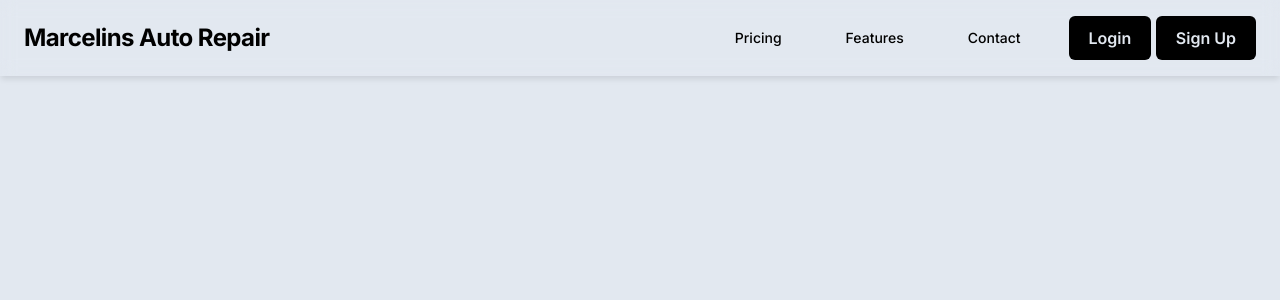
Repository: ilovegames507/twebsite-2
Page: frontend/public/index.html
These files come from the project's save history. The page is drawn as it stood at one moment and after the next save; the edit follows.
The browser window is 1280 px wide. The pictures show the whole page.

Above is the page before, as saved 2025-03-17 20:02:52.

### frontend/public/index.html
<!DOCTYPE html>
<html lang="en">
  <head>
    <head>
      <meta charset="UTF-8" />
      <meta name="viewport" content="width=device-width, initial-scale=1.0" />
      <link rel="preconnect" href="https://fonts.googleapis.com" />
      <link rel="preconnect" href="https://fonts.gstatic.com" crossorigin />
      <link
        href="https://fonts.googleapis.com/css2?family=Inter:ital,opsz,wght@0,14..32,100..900;1,14..32,100..900&family=Source+Code+Pro:ital,wght@0,200..900;1,200..900&display=swap"
        rel="stylesheet"
      />
      <link rel="stylesheet" href="styles/modern-normalize.css" />
      <link rel="stylesheet" href="styles/global.css" />
      <link rel="stylesheet" href="styles/components/header.css" />

      <link rel="stylesheet" href="styles/utils.css" />

      <link rel="icon" href="public/woofplayz-icon.png" type="image/x-icon" />
      <title>Marcelins Auto Repair</title>
    </head>
  </head>
  <body>
    <header class="header">
      <div class="header__container">
        <a href="#" class="header__title">Marcelins Auto Repair</a>

        <nav class="header__nav">
          <a class="header__link" href="#pricing">Pricing</a>
          <a class="header__link" href="#features">Features</a>
          <a class="header__link" href="#contact">Contact</a>
          <div class="header__btn-container">
            <button class="header__btn">Login</button>
            <button class="header__btn">Sign Up</button>
          </div>
        </nav>

        <button class="header__bars">
          <svg xmlns="http://www.w3.org/2000/svg" height="24px" viewBox="0 -960 960 960" width="24px"><path d="M120-240v-80h720v80H120Zm0-200v-80h720v80H120Zm0-200v-80h720v80H120Z"/></svg>
        </button>
      </div>
    </header>

    <script>
      document.querySelector('.header__bars').addEventListener('click', function() {
        document.querySelector('.header').classList.toggle('header--mobile-open');
      });
    </script>
  </body>
</html>

### frontend/public/styles/modern-normalize.css
/*! modern-normalize v3.0.1 | MIT License | https://github.com/sindresorhus/modern-normalize */

/*
Document
========
*/

/**
Use a better box model (opinionated).
*/

*,
::before,
::after {
  box-sizing: border-box;
}

html {
  /* Improve consistency of default fonts in all browsers. (https://github.com/sindresorhus/modern-normalize/issues/3) */
  font-family: system-ui, "Segoe UI", Roboto, Helvetica, Arial, sans-serif,
    "Apple Color Emoji", "Segoe UI Emoji";
  line-height: 1.15; /* 1. Correct the line height in all browsers. */
  -webkit-text-size-adjust: 100%; /* 2. Prevent adjustments of font size after orientation changes in iOS. */
  tab-size: 4; /* 3. Use a more readable tab size (opinionated). */
}

/*
Sections
========
*/

body {
  margin: 0; /* Remove the margin in all browsers. */
}

/*
Text-level semantics
====================
*/

/**
Add the correct font weight in Chrome and Safari.
*/

b,
strong {
  font-weight: bolder;
}

/**
1. Improve consistency of default fonts in all browsers. (https://github.com/sindresorhus/modern-normalize/issues/3)
2. Correct the odd 'em' font sizing in all browsers.
*/

code,
kbd,
samp,
pre {
  font-family: ui-monospace, SFMono-Regular, Consolas, "Liberation Mono", Menlo,
    monospace; /* 1 */
  font-size: 1em; /* 2 */
}

/**
Add the correct font size in all browsers.
*/

small {
  font-size: 80%;
}

/**
Prevent 'sub' and 'sup' elements from affecting the line height in all browsers.
*/

sub,
sup {
  font-size: 75%;
  line-height: 0;
  position: relative;
  vertical-align: baseline;
}

sub {
  bottom: -0.25em;
}

sup {
  top: -0.5em;
}

/*
Tabular data
============
*/

/**
Correct table border color inheritance in Chrome and Safari. (https://issues.chromium.org/issues/40615503, https://bugs.webkit.org/show_bug.cgi?id=195016)
*/

table {
  border-color: currentcolor;
}

/*
Forms
=====
*/

/**
1. Change the font styles in all browsers.
2. Remove the margin in Firefox and Safari.
*/

button,
input,
optgroup,
select,
textarea {
  font-family: inherit; /* 1 */
  font-size: 100%; /* 1 */
  line-height: 1.15; /* 1 */
  margin: 0; /* 2 */
}

/**
Correct the inability to style clickable types in iOS and Safari.
*/

button,
[type="button"],
[type="reset"],
[type="submit"] {
  appearance: button;
  -webkit-appearance: button;
}

/**
Remove the padding so developers are not caught out when they zero out 'fieldset' elements in all browsers.
*/

legend {
  padding: 0;
}

/**
Add the correct vertical alignment in Chrome and Firefox.
*/

progress {
  vertical-align: baseline;
}

/**
Correct the cursor style of increment and decrement buttons in Safari.
*/

::-webkit-inner-spin-button,
::-webkit-outer-spin-button {
  height: auto;
}

/**
1. Correct the odd appearance in Chrome and Safari.
2. Correct the outline style in Safari.
*/

[type="search"] {
  appearance: textfield;
  -webkit-appearance: textfield; /* 1 */
  outline-offset: -2px; /* 2 */
}

/**
Remove the inner padding in Chrome and Safari on macOS.
*/

::-webkit-search-decoration {
  -webkit-appearance: none;
}

/**
1. Correct the inability to style clickable types in iOS and Safari.
2. Change font properties to 'inherit' in Safari.
*/

::-webkit-file-upload-button {
  -webkit-appearance: button; /* 1 */
  font: inherit; /* 2 */
}

/*
Interactive
===========
*/

/*
Add the correct display in Chrome and Safari.
*/

summary {
  display: list-item;
}

### frontend/public/styles/global.css
:root {
  /* fonts */
  --font-primary: 'Inter', sans-serif;
  --font-secondary: 'Source Code Pro', monospace;

  /* colors */
  --clr-dark: #000000;
  --clr-gray: #6b7280;
  --clr-light: #ffffff;


  --clr-slate50: #f8fafc;
  --clr-slate100: #f1f5f9;
  --clr-light: #e2e8f0;
  --clr-slate300: #cbd5e1;
  --clr-text: #94a3b8;
  --clr-slate800: #1e293b;
  --clr-bg: #0a101f;

  --clr-muted: #4a5566;

  /* shadow */
  --shadow: 0 4px 6px -1px rgba(0, 0, 0, 0.1);

  /* transtion */
  --transition: all 0.3s cubic-bezier(0.4, 0, 0.2, 1);

  /* sizes */
  --size-xxs: 0.5rem;
  --size-xs: 0.75rem;
  --size-sm: 0.875rem;
  --size-base: 1rem;
  --size-lg: 1.125rem;
  --size-xl: 1.25rem;
  --size-2xl: 1.5rem;
  --size-3xl: 1.875rem;
  --size-4xl: 2.25rem;
  --size-5xl: 3rem;
  --size-6xl: 3.75rem;
  --size-7xl: 4.5rem;
  --size-8xl: 6rem;
  --size-9xl: 8rem;
  --size-10xl: 10rem;
}

* {
  margin: 0;
  padding: 0;
  line-height: calc(1em + 0.5rem);
}

body {
  font-family: var(--font-primary);
  background-color: var(--clr-light);
  color: var(--clr-dark);
}

img,
picture,
video,
canvas,
svg {
  display: block;
  max-width: 100%;
}

input,
button,
textarea,
select {
  font: inherit;
}

button {
  border: none;
  background: none;
  color: inherit;
  cursor: pointer;
}

h1,
h2,
h3,
h4,
h5,
h6 {
  letter-spacing: -0.025em;
}

p {
  color: var(--clr-text);
}

a {
  color: var(--clr-slate50);
}

strong {
  color: #ff0000;
  font-weight: 800;
}

button:focus-visible,
a:focus-visible {
  outline: solid var(--clr-light);
}

body::-webkit-scrollbar {
  width: 8px;
}

body::-webkit-scrollbar-track {
  box-shadow: inset 0 0 6 px rgba(0, 0, 0, 0);
}

body::-webkit-scrollbar-thumb {
  background-color: var(--clr-slate50);
  border-radius: 1000px;
}

body::-webkit-scrollbar-thumb:hover {
  background: #555;
}

### frontend/public/styles/components/header.css
.header {
  position: sticky;
  top: 0;
  background: rgba(var(--clr-dark), 0.95);
  backdrop-filter: blur(8px);
  z-index: 50;
  box-shadow: var(--shadow);
}

.header__container {
  display: flex;
  justify-content: space-between;
  align-items: center;
  padding: 1rem 1.5rem;
  max-width: 1440px;
  margin: 0 auto;
}

.header__title {
  color: var(--clr-dark);
  font-family: var(--font-primary);
  font-size: 1.5rem;
  font-weight: 700;
  letter-spacing: -0.025em;
  text-decoration: none;
  transition: var(--transition);
}

.header__nav {
  display: flex;
  gap: 2rem;
  align-items: center;
}

.header__link {
  color: var(--clr-dark);
  font-family: var(--font-primary);
  font-size: 0.875rem;
  font-weight: 500;
  text-decoration: none;
  transition: var(--transition);
  padding: 0.5rem 1rem;
  border-radius: 0.375rem;
}

.header__link:hover {
  background: rgba(255, 255, 255, 0.1);
}

.header__btn {
  background: var(--clr-accent);
  color: var(--clr-light);
  background: var(--clr-dark);
  padding: 0.625rem 1.25rem;
  border-radius: 0.375rem;
  font-weight: 600;
  transition: var(--transition);
}

.header__btn:hover {
  background: #1d4ed8;
}

.header__bars {
  display: none;
  color: var(--clr-light);
  background: none;
  padding: 0.5rem;
  border-radius: 0.375rem;
}

@media (max-width: 825px) {
  .header__nav {
    display: none;
  }

  .header__bars {
    display: block;
  }

  .header--mobile-open .header__nav {
    display: flex;
    flex-direction: column;
    position: absolute;
    top: 100%;
    left: 0;
    right: 0;
    padding: 1rem;
    gap: 0.5rem;
  }

  .header--mobile-open .header__link {
    width: 100%;
    text-align: center;
    padding: 0.75rem;
  }

  .header--mobile-open .header__btn-container {
    display: flex;
    flex-direction: column;
    gap: 0.5rem;
    margin-top: 1rem;
  }
}

### frontend/public/styles/utils.css
/* xs */
/* @media (min-width: 475px) {} */

/* sm */
/* @media (min-width: 640px) {} */

/* md */
/* @media (min-width: 768px) {} */

/* lg */
/* @media (min-width: 1024px) {} */

/* xl */
/* @media (min-width: 1280px) {} */

/* 2xl */
/* @media (min-width: 1536px) {} */

.container {
    width: 100%;
    margin-inline: auto;
    padding-inline: 0.5rem;
  }

  .btn {
    display: inline-block;
    background-color: rgb(255, 255, 255);
    color: var(--clr-dark);
    padding: 0.5em 1em;
    font-weight: 500;
    border-radius: 6px;
    line-height: 1.75rem;
    text-decoration: none;
    transition: 0.2s ease-in-out;
  }

  .btn:hover {
    transform: translateY(2px);
    background-color: rgb(168, 168, 168);
  }

  btn:focus-visible {
    outline: solid var(--clr-text);
  }

  .section {
    margin-top: 5rem;
  }

  .title {
    text-transform: uppercase;
    margin-bottom: 1rem;
    font-family: var(--font-secondary);
    color: var(--clr-text);
    font-size: var(--size-base);
  }

  /* xs */
  @media (min-width: 475px) {
    .container {
      max-width: 475px;
    }
  }

  /* sm */
  @media (min-width: 640px) {
    .container {
      max-width: 640px;
    }

    .title {
      font-size: var(--size-sm);
    }
  }

  /* md */
  @media (min-width: 768px) {
    .container {
      max-width: 768px;
    }
  }

  /* lg */
  @media (min-width: 1024px) {
    .container {
      max-width: 1024px;
    }

    .section {
      margin-top: 10rem;
    }

    .title {
      font-size: var(--size-base);
    }
  }

  /* xl */
  @media (min-width: 1280px) {
    .container {
      max-width: 1280px;
    }
  }

  /* 2xl */
  @media (min-width: 1536px) {
    .container {
      max-width: 1536px;
    }
  }

After the next save:
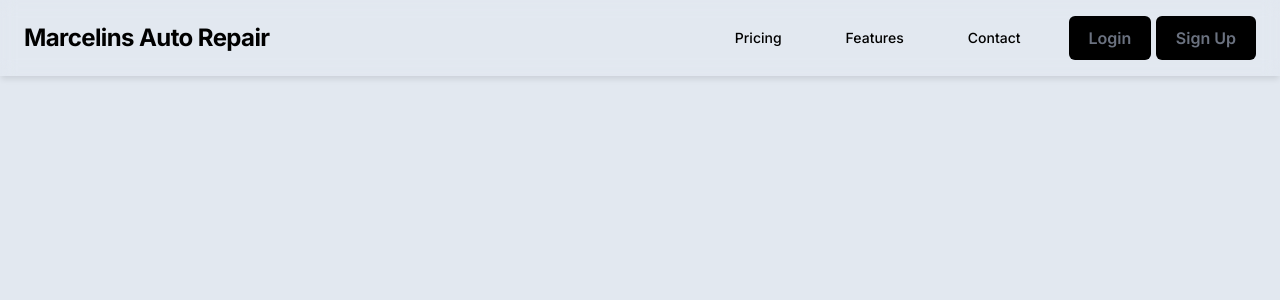
Saved 8 s later.
--- a/frontend/public/styles/components/header.css
+++ b/frontend/public/styles/components/header.css
@@ -49,7 +49,7 @@
 
 .header__btn {
   background: var(--clr-accent);
-  color: var(--clr-light);
+  color: var(--clr-gray);
   background: var(--clr-dark);
   padding: 0.625rem 1.25rem;
   border-radius: 0.375rem;

After the 3 saves that followed:
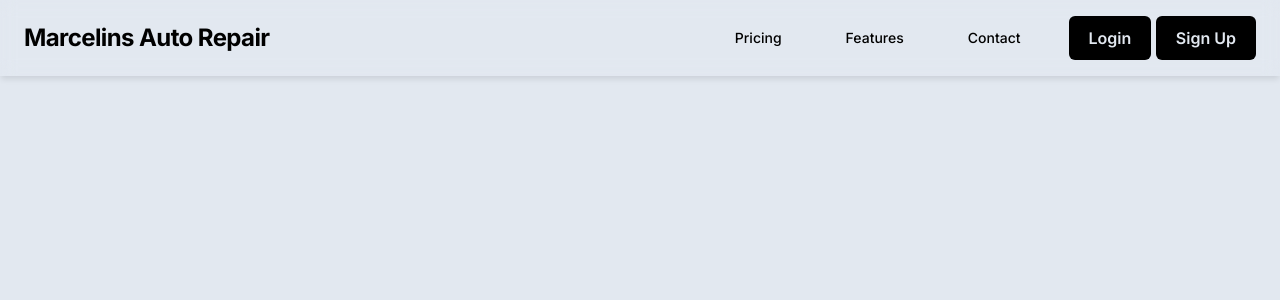
The 3 saves are shown as one change because they came seconds apart.
The last was saved 22 s later.
--- a/frontend/public/styles/components/header.css
+++ b/frontend/public/styles/components/header.css
@@ -49,7 +49,7 @@
 
 .header__btn {
   background: var(--clr-accent);
-  color: var(--clr-gray);
+  color: var(--clr-light);
   background: var(--clr-dark);
   padding: 0.625rem 1.25rem;
   border-radius: 0.375rem;
@@ -58,7 +58,7 @@
 }
 
 .header__btn:hover {
-  background: #1d4ed8;
+  background: var(--clr-gray);
 }
 
 .header__bars {
